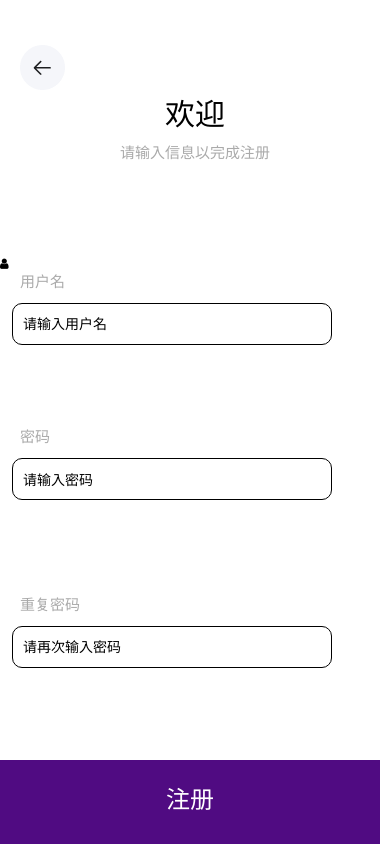
Repository: eyebone/barManager
Screen: /sign
An editor plug-in stored every save of this project. The screen is shown before and after a run of saves, followed by the edit.
The app was drawn by React Native's web renderer in a window 390 px wide. The project was rebuilt for these pictures with package versions that can differ from the ones it lists, and the page was loaded fresh each time. Some packages were replaced by stand-ins written for this rebuild. Also part of the build but not shown: components/EmojiPicker.js, components/Button.js, components/ImageViewer.js, components/circleButton.js, components/IconButton.js, view/ViewOne.js, view/Main.js.

Above is the screen before, as saved 2023-06-26 16:32:47.

After the next 2 saves:
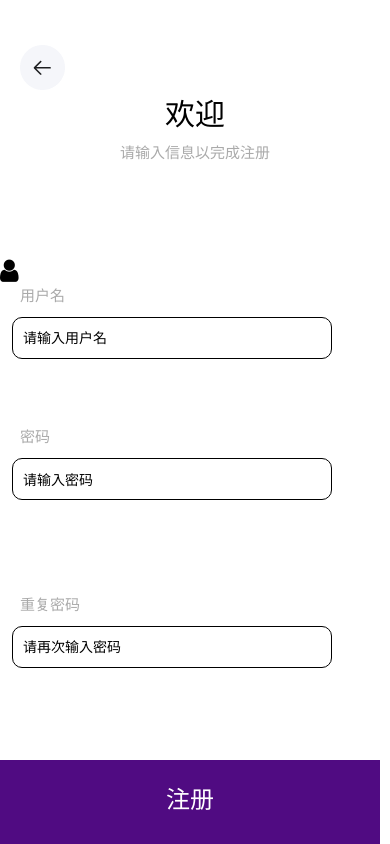
The 2 saves are shown as one change because they came seconds apart.
The last was saved 29 s later.
--- a/view/Sign.js
+++ b/view/Sign.js
@@ -47,7 +47,7 @@ export function SignView({ navigation }) {
         <Text style={styles.infoText}>请输入信息以完成注册</Text>
       </View>
       <View style={styles.inputBar}>
-        <FontAwesome name="user"  style={{}}/>
+        <FontAwesome name="user" size={26} style={{}}/>
         <Text style={styles.smallText}>用户名</Text>
         <TextInput
           maxLength={40}
